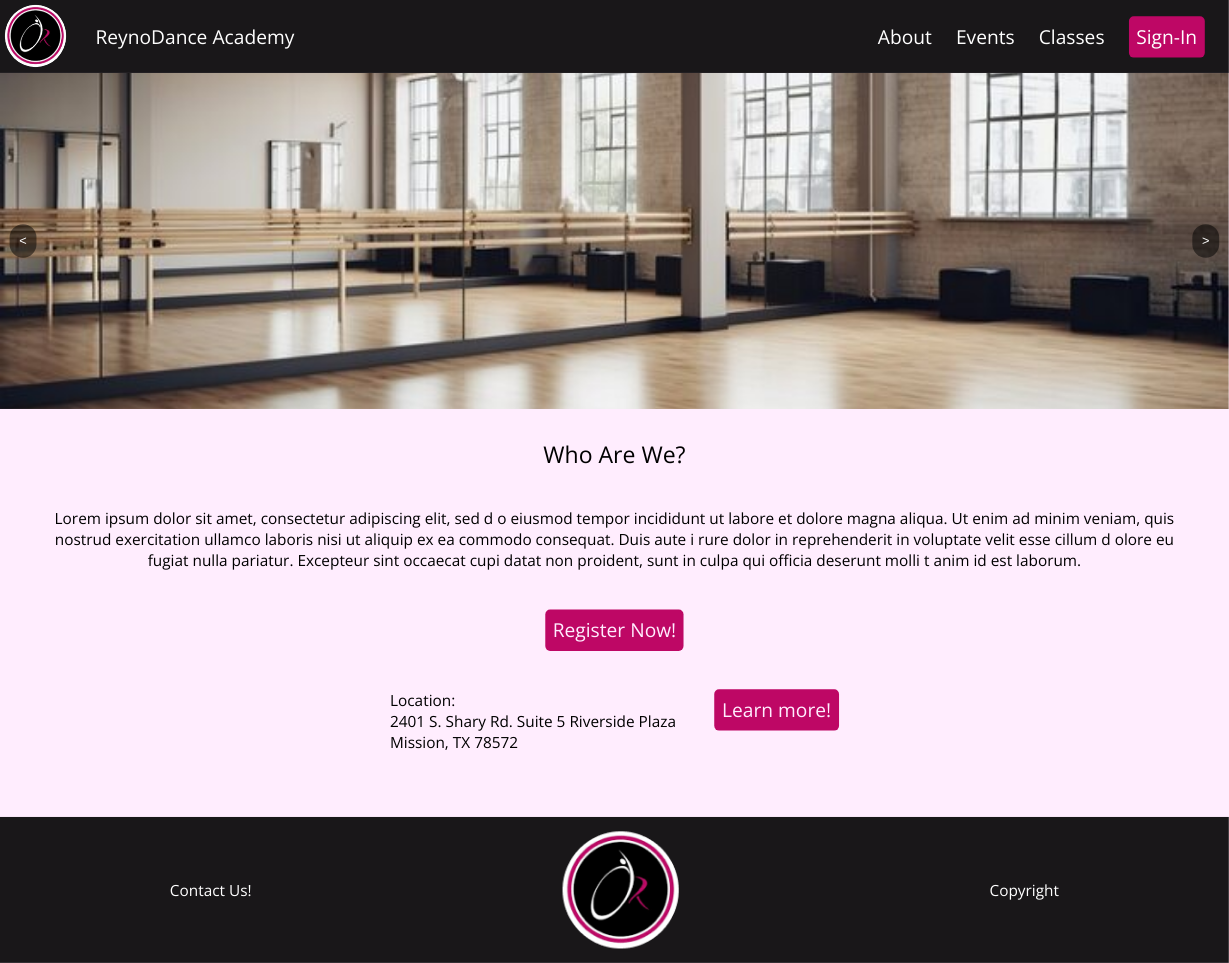
Repository: andreaelpz/reynodance-academy
Page: /
These files come from the project's save history. The page is drawn as it stood at one moment and after the next save; the edit follows.
The browser window is 1280 px wide. The pictures show the whole page, at 96% of full size.
The project was rebuilt for these pictures with package versions that can differ from the ones it lists, and the page was loaded fresh each time. Also part of the build but not shown: angular.json, src/app/about/about.component.ts, src/app/classes/classes.component.ts, src/app/events/events.component.ts, src/app/user/sign-in/sign-in.component.ts, src/app/dashboard/dashboard.component.ts, src/app/user/register/register.component.ts, src/app/login/login.component.ts.

Above is the page before, as saved 2024-11-19 23:33:27.

### src/index.html
<!doctype html>
<html lang="en">
<head>
  <meta charset="utf-8">
  <title>ReynodanceAcademy</title>
  <base href="/">
  <meta name="viewport" content="width=device-width, initial-scale=1">
  <link rel="icon" type="image/x-icon" href="/assets/images/logo.png">
</head>
<body>
  <app-root></app-root>
</body>
</html>

### src/styles.css
/* You can add global styles to this file, and also import other style files */
@import url('https://fonts.googleapis.com/css2?family=Open+Sans:wght@300;400;500;600;700;800&display=swap');

:root {
  --black: rgb(0,0,0,.9);
  --lightPink: #FFEDFE;
  --hotPink: #BE0765;
}

body {
  margin: 0;
  background: var(--lightPink);
  font-family: 'Open Sans', sans-serif;
  font-weight: 300;
  color: white;
}

### src/app/app.module.ts
import { NgModule } from '@angular/core';
import { BrowserModule } from '@angular/platform-browser';
import { FormsModule } from '@angular/forms';
import { AppRoutingModule } from './app-routing.module';

import { AppComponent } from './app.component';
import { NavbarComponent } from './navbar/navbar.component';
import { AboutComponent } from './about/about.component';
import { ClassesComponent } from './classes/classes.component';
import { EventsComponent } from './events/events.component';
import { RegisterComponent } from './user/register/register.component';
import { LoginComponent } from './login/login.component';
import { SignInComponent } from './user/sign-in/sign-in.component';
import { DashboardComponent } from './dashboard/dashboard.component';
import { HomeComponent } from './home/home.component';
import { FooterComponent } from './footer/footer.component';

@NgModule({
  declarations: [
    AppComponent,
    NavbarComponent,
    AboutComponent,
    ClassesComponent,
    EventsComponent,
    RegisterComponent,
    LoginComponent,
    SignInComponent,
    DashboardComponent,
    HomeComponent,
    FooterComponent
  ],
  imports: [
    BrowserModule,
    AppRoutingModule,
    FormsModule
  ],
  providers: [],
  bootstrap: [AppComponent]
})
export class AppModule { }

### src/app/app-routing.module.ts
import { NgModule } from '@angular/core';
import { RouterModule, Routes } from '@angular/router';
import { AboutComponent } from './about/about.component';
import { ClassesComponent } from './classes/classes.component';
import { EventsComponent } from './events/events.component';
import { SignInComponent } from './user/sign-in/sign-in.component';
import { DashboardComponent } from './dashboard/dashboard.component';
import { HomeComponent } from './home/home.component';
import { RegisterComponent } from './user/register/register.component';

const routes: Routes = [
  {path: 'about', component: AboutComponent, title:"About - ReynoDance"},
  {path: 'classes', component: ClassesComponent, title:"Classes - ReynoDance"},
  {path: 'events', component: EventsComponent, title:"Events - ReynoDance"},
  {path: 'register', component: RegisterComponent, title:"Register - ReynoDance"},
  {path: 'sign-in', component: SignInComponent, title:"Sign-In - ReynoDance"},
  {path: 'dashboard', component: DashboardComponent, title:"Dashboard - ReynoDance"},
  {path: '', component: HomeComponent, title:"ReynoDance Academy"}
];

@NgModule({
  imports: [RouterModule.forRoot(routes)],
  exports: [RouterModule]
})
export class AppRoutingModule { }

### src/app/app.component.ts
import { Component } from '@angular/core';

@Component({
  selector: 'app-root',
  templateUrl: './app.component.html',
  styleUrls: ['./app.component.css']
})
export class AppComponent {
  title = 'reynodance-academy';
}

### src/app/home/home.component.ts
import { Component } from '@angular/core';

@Component({
  selector: 'app-home',
  templateUrl: './home.component.html',
  styleUrls: ['./home.component.css']
})
export class HomeComponent {
  images: string[] = ['studio.jpg', 'girls.jpg', 'solo.jpg'];
  currentIndex: number = 0;

  nextPic(): number{
    this.currentIndex++;

    if (this.currentIndex === this.images.length){
      this.currentIndex = 0;
    }

    return this.currentIndex;
  }

  prevPic(): number{
    if (this.currentIndex === 0){
      this.currentIndex = this.images.length - 1;
      return this.currentIndex;
    }

    this.currentIndex--;

    return this.currentIndex;
  }

  getImagePath(): string{
    return `/assets/images/${this.images[this.currentIndex]}`;
  }
}

### src/app/navbar/navbar.component.html
<div class = "container">
  <div class = "left">
    <a href = ""> <img class = "logo" src="/assets/images/logo.png" alt="Logo"/> </a>
    <a href = "">ReynoDance Academy</a>
  </div>
  <div class = "right">
    <a href = "/about">About</a>
    <a href = "/events">Events</a>
    <a href = "/classes">Classes</a>
    <a class = "sign-in" href = "/sign-in">Sign-In</a>
  </div>
</div>

### src/app/navbar/navbar.component.css
.container{
  display: flex;
  justify-content: space-between;
  font-size: 20px;
  background-color: var(--black);
}

.left{
  display: flex;
  align-items: center;
  margin-left: 5px;
}

.left *{
  margin-right: 15px;
}

.logo{
  height: 65px;
  border-radius: 100%;
  margin-top: 5px;
}

.right{
  display: flex;
  align-items: center;
  margin-right: 25px;
}

.right *{
  margin-left: 25px;
}

a{
  text-decoration: none;
  color: white;
}

.sign-in{
  background-color: var(--hotPink);
  padding: 8px;
  border-radius: 5px;
}

.sign-in:hover{
  border-color: 10px solid var(--hotPink);
  background-color: #FFEDFE;
  color: var(--hotPink);
  font-size: 18px;
  font-weight: 400;
  border-color: var(--hotPink)
}

### src/app/home/home.component.html

    <div class = "pictures">
        <button type = "picsButton" (click) = prevPic()><</button>
        <img alt = "ReynoDance" [src]="getImagePath()">
        <button type = "picsButton" (click) = nextPic()>></button>
    </div>
<div class = "container">
    <div class = "intro">
        <div class = "title">Who Are We?</div>
        <div class = "summary">
            Lorem ipsum dolor sit amet, consectetur adipiscing elit, sed d
            o eiusmod tempor incididunt ut labore et dolore magna aliqua.
            Ut enim ad minim veniam, quis nostrud exercitation ullamco
            laboris nisi ut aliquip ex ea commodo consequat. Duis aute i
            rure dolor in reprehenderit in voluptate velit esse cillum d
            olore eu fugiat nulla pariatur. Excepteur sint occaecat cupi
            datat non proident, sunt in culpa qui officia deserunt molli
            t anim id est laborum.
        </div>
    </div>

    <div>
        <button type = "button" [routerLink] = "['/register']" class = "register">Register Now!</button>
    </div>

    <div>
        <div class = "moreInfo">
            <div class = "location">
                Location: <br>
                2401 S. Shary Rd. Suite 5 Riverside Plaza <br>
                Mission, TX 78572
            </div>
            <button type = "button" [routerLink] = "['/about']" class = "learnMore">Learn more!</button>
        </div>
    </div>

</div>

### src/app/home/home.component.css
.pictures {
  display: flex;
  width: 100%;
  height: 350px;
  flex-direction: row;
  justify-content: space-between;
  overflow: hidden;
  position: relative;
}

img {
  width: 100%;
  height: 100%;
  object-fit: cover; /* crop excess */
}

.pictures button {
  position: absolute;
  top: 50%;
  transform: translateY(-50%);
  background-color: rgba(0, 0, 0, 0.5);
  color: white;
  border: none; /* Remove borders */
  padding: 10px;
  cursor: pointer;
  border-radius: 25px;
}

.pictures button:hover {
  background-color: rgba(0, 0, 0, 0.7);
}

.pictures button:first-of-type {
  left: 10px;
}

.pictures button:last-of-type {
  right: 10px;
}

.container{
  color:black;
  display:flex;
  flex-direction: column;
  justify-content: center;
  align-items: center;
  padding: 30px 50px 50px 50px;
}

.title{
  text-align: center;
  display: flex;
  justify-content: center;
  margin-bottom: 40px;
  font-size: 24px;
  font-weight:400;
}

.summary{
    text-align: center;
    display: flex;
    justify-content: center;
    margin-bottom: 40px;
}

.register{
  background-color: var(--hotPink);
  padding: 8px;
  border-radius: 5px;
  border: none;
  color: var(--lightPink);
  font-family: 'Open Sans', sans-serif;
  font-size: 20px;
  margin-bottom: 40px;
}

.register:hover{
  border-color: 10px solid var(--hotPink);
  background-color: var(--black);
  color: white;
  font-size: 19px;
  font-weight: 400;
  cursor: pointer;
}

.moreInfo{
  display: flex;
  flex-direction: row;
  justify-content: space-between;
  gap: 40px;
}

.learnMore{
  background-color: var(--hotPink);
  padding: 8px;
  border-radius: 5px;
  border: none;
  color: var(--lightPink);
  font-family: 'Open Sans', sans-serif;
  font-size: 20px;
  margin-bottom: 40px;
}

.learnMore:hover{
  border-color: 10px solid var(--hotPink);
  background-color: var(--black);
  color: white;
  font-size: 19px;
  font-weight: 400;
  cursor: pointer;
}

### src/app/footer/footer.component.html
<div class = "container">
    <div class = "links">Contact Us!</div>
    <img class = "logo" src="/assets/images/logo.png">
    <div class = "copyright">Copyright</div>
</div>

### src/app/footer/footer.component.css
.container{
    background-color: var(--black);
    display: flex;
    flex-direction: row;
    justify-content: space-around;
    padding: 15px;
    align-items: center;
}

Loaded but not shown: src/main.ts (common file); src/app/navbar/navbar.component.ts (common file); src/app/footer/footer.component.ts (common file); src/app/app.component.html (common file); src/app/app.component.css (no stored copy; drawn as an empty file)

After the next save:
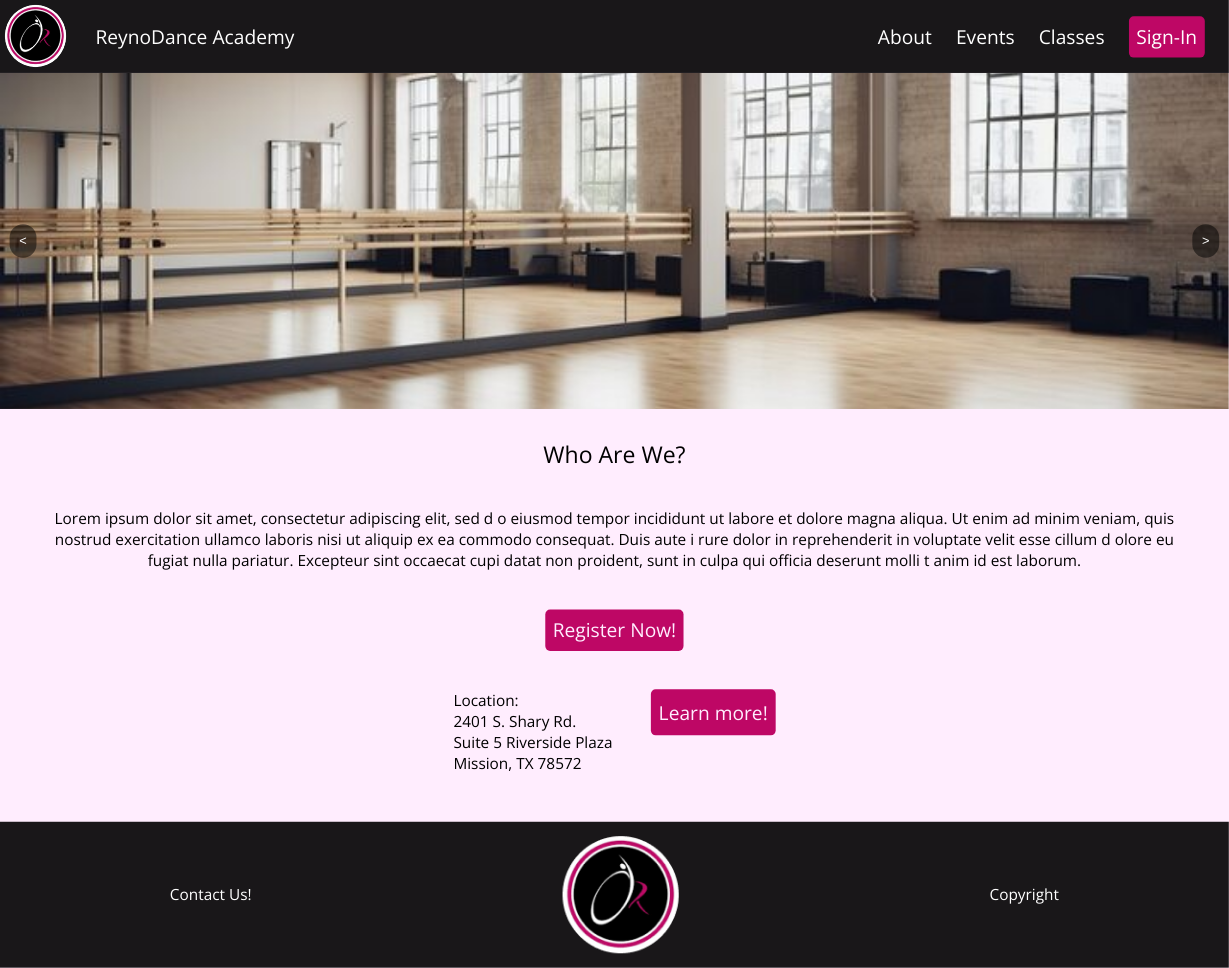
Saved 77 s later.
--- a/src/app/home/home.component.html
+++ b/src/app/home/home.component.html
@@ -27,7 +27,8 @@
         <div class = "moreInfo">
             <div class = "location">
                 Location: <br>
-                2401 S. Shary Rd. Suite 5 Riverside Plaza <br>
+                2401 S. Shary Rd. <br>
+                Suite 5 Riverside Plaza <br>
                 Mission, TX 78572
             </div>
             <button type = "button" [routerLink] = "['/about']" class = "learnMore">Learn more!</button>
